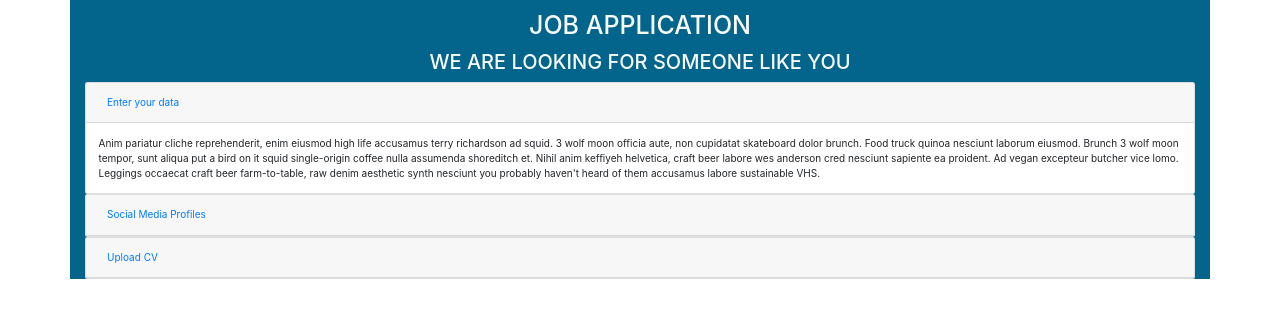
Repository: jenny241093/JS-Core
Page: 03.JSApplications/06.JSForFrontEndEx/skeleton/index.html
These files come from the project's save history. The page is drawn as it stood at one moment and after the next save; the edit follows.
The browser window is 1280 px wide. The pictures show the whole page.
Some web libraries are served in a nearby version.

Above is the page before, as saved 2019-04-01 15:14:49.

After the next save:
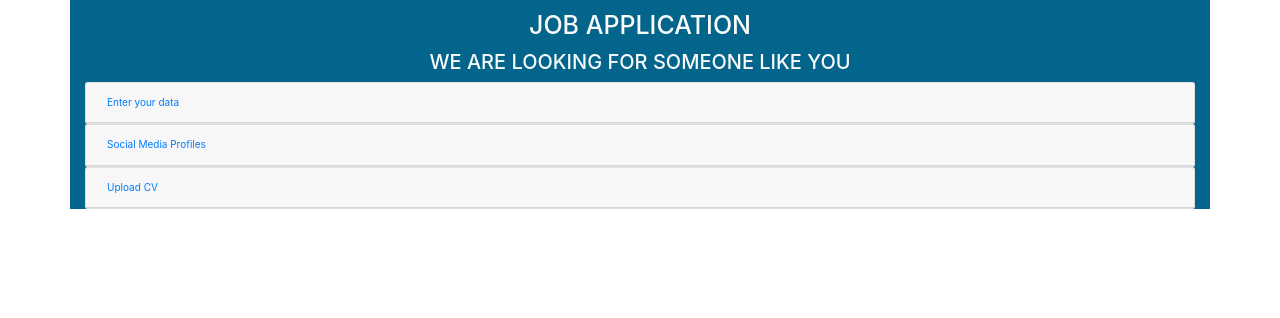
Saved 21 s later.
--- a/03.JSApplications/06.JSForFrontEndEx/skeleton/index.html
+++ b/03.JSApplications/06.JSForFrontEndEx/skeleton/index.html
@@ -33,7 +33,7 @@
                     </h5>
                 </div>
 
-                <div id="collapseOne" class="collapse show" aria-labelledby="headingOne" data-parent="#accordionExample">
+                <div id="collapseOne" class="collapse" aria-labelledby="headingOne" data-parent="#accordionExample">
                     <div class="card-body">
                         Anim pariatur cliche reprehenderit, enim eiusmod high life accusamus terry richardson ad squid. 3 wolf moon officia aute, non cupidatat skateboard dolor brunch. Food truck quinoa nesciunt laborum eiusmod. Brunch 3 wolf moon tempor, sunt aliqua put a bird
                         on it squid single-origin coffee nulla assumenda shoreditch et. Nihil anim keffiyeh helvetica, craft beer labore wes anderson cred nesciunt sapiente ea proident. Ad vegan excepteur butcher vice lomo. Leggings occaecat craft beer
